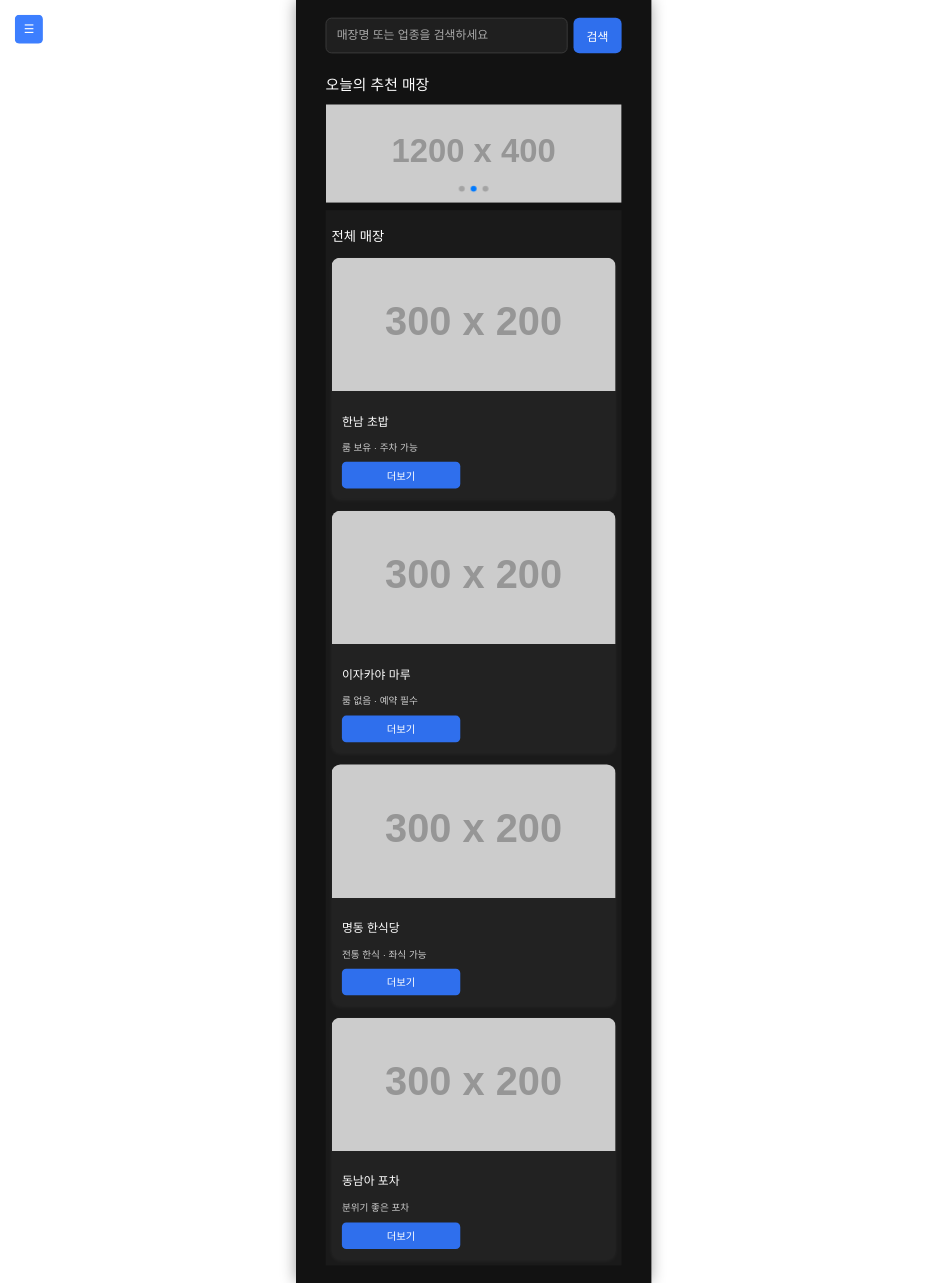
Repository: noiredex/Choplan-API
Page: / (app in choplan/frontend_main/)
An editor plug-in stored every save of this project. The page is shown before and after the next save, followed by the edit.
The browser window is 1280 px wide. The pictures show the whole page, at 74% of full size.
The project was rebuilt for these pictures with package versions that can differ from the ones it lists, and the page was loaded fresh each time. Also part of the build but not shown: choplan/frontend_main/vite.config.js, choplan/frontend_main/vite.config.ts, choplan/frontend_main/src/styles/StoreDetailPage.css, choplan/frontend_main/src/pages/StoreDetailPage.jsx.

Above is the page before, as saved 2025-10-29 10:31:10.

After the next save:
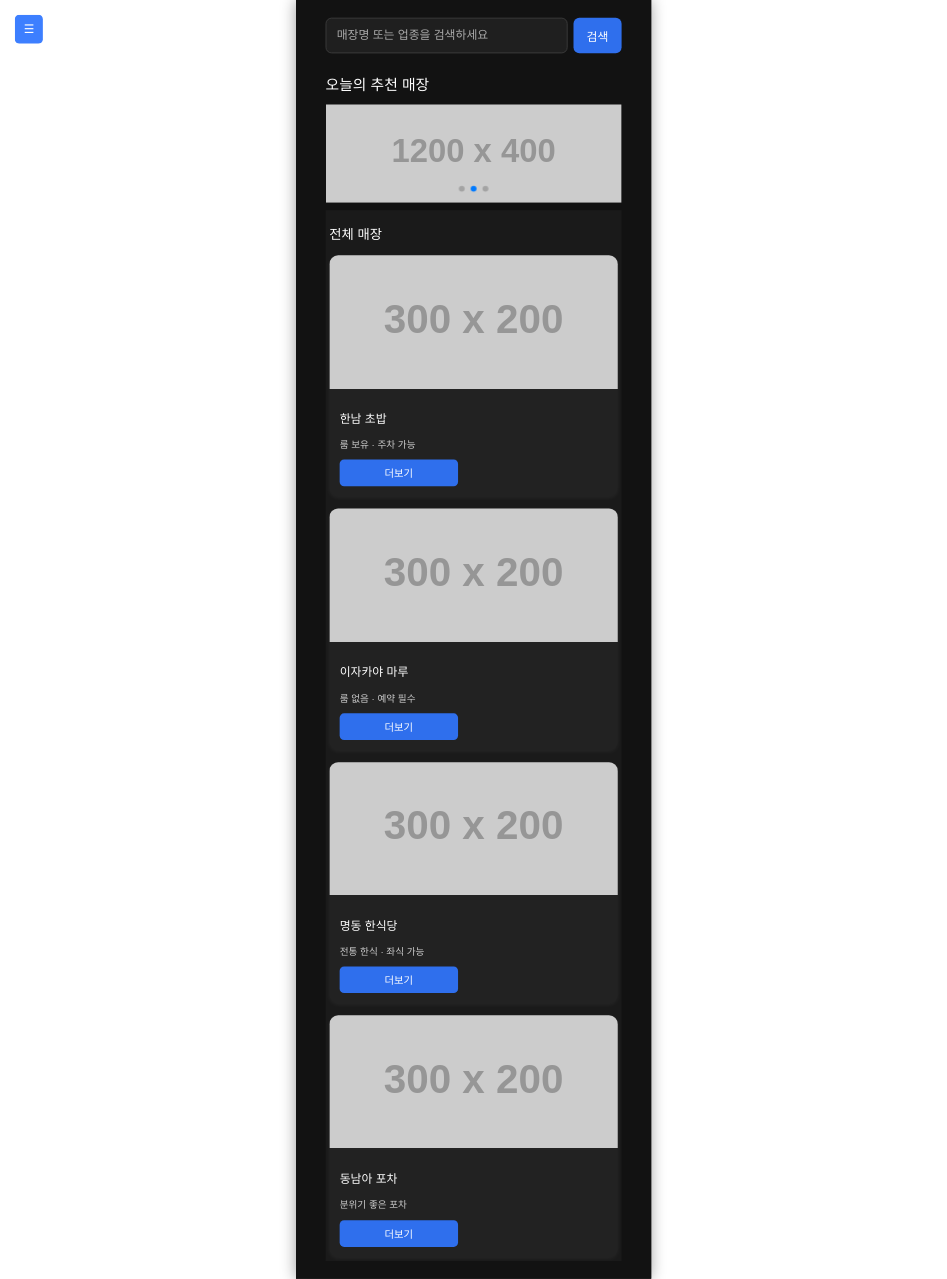
Saved 6 s later.
--- a/choplan/frontend_main/src/styles/RecommendedStores.css
+++ b/choplan/frontend_main/src/styles/RecommendedStores.css
@@ -1,6 +1,6 @@
 /* ===== 컨테이너 ===== */
 .recommended-stores {
-  padding: 8px;
+  padding: 5px;
   background: #1a1a1a;
 }
 
